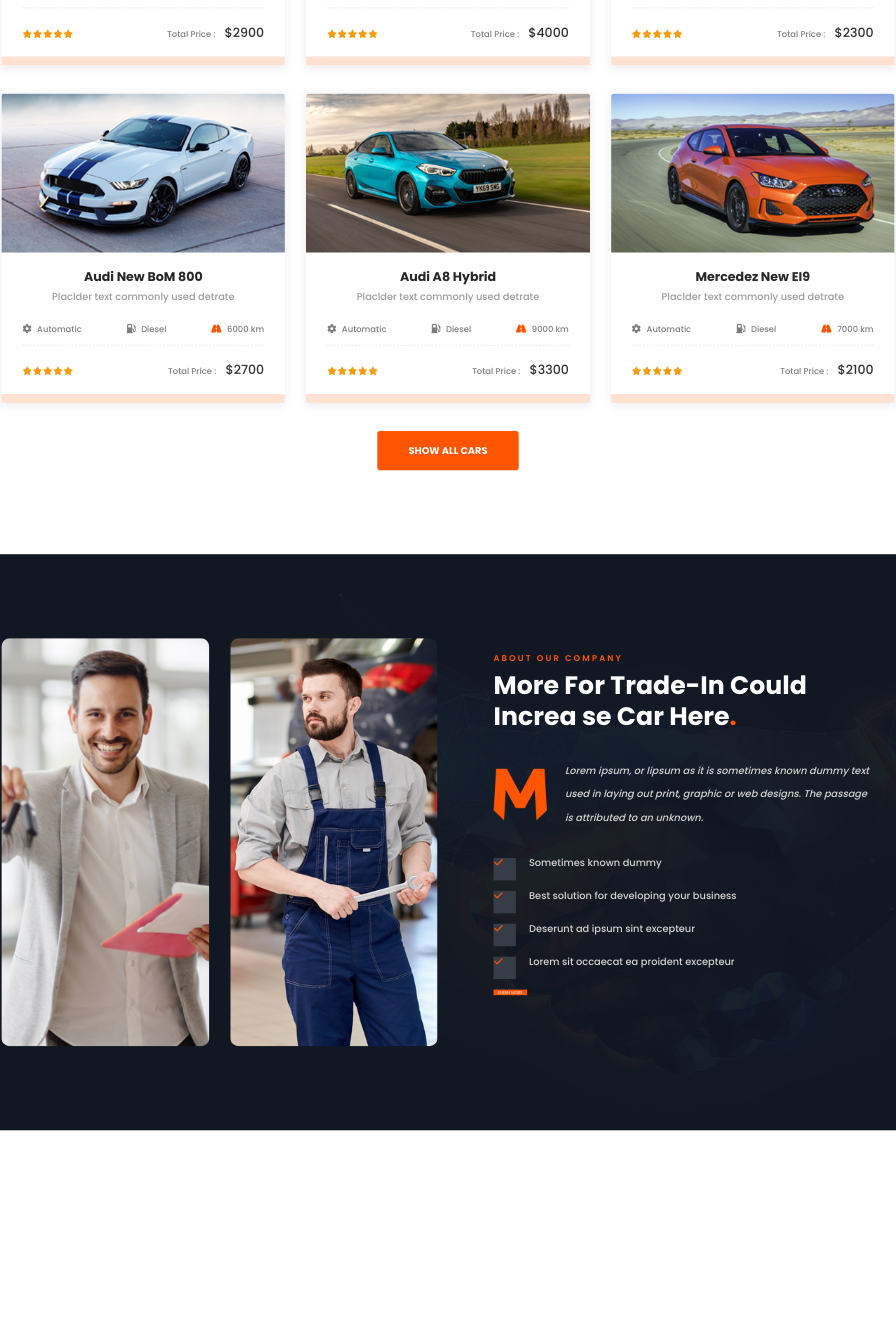
Repository: thanhdinh01/shopcar
Page: index.html
An editor plug-in stored every save of this project. The page is shown before and after the next save, followed by the edit.
The browser window is 1280 px wide. The pictures show the part of the page from y = 2144 to 4064 px (the page is 4059 px tall before and 4064 px after), at 70% of full size.
Some web libraries are served in a nearby version. The style sheet was rebuilt from its Sass, Less or Tailwind sources for each picture, by a compiler version that may differ from the author's.

Above is the page before, as saved 2022-08-17 21:04:16.

### index.html
<!DOCTYPE html>
<html lang="en">
  <head>
    <meta charset="UTF-8" />
    <meta http-equiv="X-UA-Compatible" content="IE=edge" />
    <meta name="viewport" content="width=device-width, initial-scale=1.0" />
    <title>Increase follower on social media</title>
    <link
      rel="stylesheet"
      href="https://cdnjs.cloudflare.com/ajax/libs/font-awesome/6.1.2/css/all.min.css"
      integrity="sha512-1sCRPdkRXhBV2PBLUdRb4tMg1w2YPf37qatUFeS7zlBy7jJI8Lf4VHwWfZZfpXtYSLy85pkm9GaYVYMfw5BC1A=="
      crossorigin="anonymous"
      referrerpolicy="no-referrer"
    />
    <link
      href="https://fonts.googleapis.com/css2?family=Poppins:wght@300;400;500;600;700;900&display=swap"
      rel="stylesheet"
    />
    <link rel="stylesheet" href="./css/style.css" />
  </head>

  <body>
    <div class="main">
      <!-- HEADER -->
      <header class="header">
        <div class="header-top">
          <div class="container">
            <div class="header-top-container dflex">
              <ul class="header-top-left">
                <li>
                  <i class="fa-regular fa-envelope"></i>
                  <p>thanhdinhduy@support.com</p>
                </li>
                <li>
                  <i class="fa-regular fa-clock"></i>
                  <p>10:00 AM To 5:00 PM</p>
                </li>
              </ul>
              <ul class="header-top-right">
                <li class="header-contact">
                  <a href="#"><i class="fa-brands fa-square-facebook"></i></a>
                  <a href="#"><i class="fa-brands fa-square-twitter"></i></a>
                  <a href="#"><i class="fa-brands fa-square-vimeo"></i></a>
                  <a href="#"><i class="fa-brands fa-linkedin"></i></a>
                </li>
                <li class="header-login">
                  <a href="#" class="login">
                    <i class="fa-regular fa-circle-user"></i> LOGIN
                  </a>
                  <a href="#" class="logup"> REGISTER </a>
                </li>
              </ul>
            </div>
          </div>
        </div>
        <div class="header-navigation">
          <div class="container p15 dflex">
            <div class="nav-logo">
              <a href="#" class="logo-link">
                <img
                  class="logo-header-img"
                  src="./images/header/logo.png"
                  alt="logo"
                />
              </a>
            </div>
            <div class="nav-total dflex">
              <ul class="nav-list dflex">
                <li class="nav-item active">
                  <a href="#">HOME</a>
                </li>
                <li class="nav-item">
                  <a href="#">INVENTORY </a>
                  <ul class="sub-list">
                    <li class="sub-item">
                      <a href="#">Inventory List</a>
                    </li>
                    <li class="sub-item">
                      <a href="#">Inventory Details</a>
                    </li>
                  </ul>
                </li>
                <li class="nav-item">
                  <a href="#">PAGES</a>
                  <ul class="sub-list">
                    <li class="sub-item">
                      <a href="#">About us</a>
                    </li>
                    <li class="sub-item">
                      <a href="#">Loan Calculator</a>
                    </li>
                    <li class="sub-item">
                      <a href="#">Login Page</a>
                    </li>
                  </ul>
                </li>
                <li class="nav-item">
                  <a href="#">BLOG</a>
                  <ul class="sub-list">
                    <li class="sub-item">
                      <a href="#">Our Blog</a>
                    </li>
                    <li class="sub-item">
                      <a href="#">Blog Details</a>
                    </li>
                  </ul>
                </li>
                <li class="nav-item">
                  <a href="#">DEALERS</a>
                </li>
                <li class="nav-item">
                  <a href="#">CONTACT</a>
                </li>
              </ul>
              <ul class="nav-interact dflex">
                <li class="cart">
                  <a href="#" class="cart-link">
                    <i class="fa-solid fa-basket-shopping"></i>
                  </a>
                  <div class="cart-quantity">4</div>
                  <div class="cart-wrap">
                    <div class="cart-top">
                      <div class="cart-item">
                        <a href="#" class="product-img">
                          <img
                            src="./images/latest-car/t_released_cars_thumb01.jpg"
                            alt=""
                          />
                        </a>
                        <div class="product-desc">
                          <a href="#" class="product-title"
                            >Mercedes-Benz GLE Coupe</a
                          >
                          <span class="product-price">$299</span>
                        </div>
                        <div class="delete-item">
                          <i class="fa-regular fa-trash-can"></i>
                        </div>
                      </div>
                      <div class="cart-item">
                        <a href="#" class="product-img">
                          <img
                            src="./images/latest-car/t_released_cars_thumb02.jpg"
                            alt=""
                          />
                        </a>
                        <div class="product-desc">
                          <a href="#" class="product-title">
                            Mercedes-Benz GLE Coupe
                          </a>
                          <span class="product-price">$299</span>
                        </div>
                        <div class="delete-item">
                          <i class="fa-regular fa-trash-can"></i>
                        </div>
                      </div>
                      <div class="cart-item">
                        <a href="#" class="product-img">
                          <img
                            src="./images/latest-car/t_released_cars_thumb03.jpg"
                            alt=""
                          />
                        </a>
                        <div class="product-desc">
                          <a href="#" class="product-title"
                            >Mercedes-Benz GLE Coupe Benz GLE Coupe</a
                          >
                          <span class="product-price">$299</span>
                        </div>
                        <div class="delete-item">
                          <i class="fa-regular fa-trash-can"></i>
                        </div>
                      </div>
                      <div class="cart-item">
                        <a href="#" class="product-img">
                          <img
                            src="./images/latest-car/t_released_cars_thumb04.jpg"
                            alt=""
                          />
                        </a>
                        <div class="product-desc">
                          <a href="#" class="product-title"
                            >Mercedes-Benz GLE Coupe</a
                          >
                          <span class="product-price">$299</span>
                        </div>
                        <div class="delete-item">
                          <i class="fa-regular fa-trash-can"></i>
                        </div>
                      </div>
                    </div>
                    <div class="cart-bottom">
                      <div class="cart-bottom-price">
                        <p>Total</p>
                        <span>$1000</span>
                      </div>
                      <div class="cart-bottom-buying">
                        <button class="button buy-now">SHOPPING CART</button>
                        <button class="button check-out">CHECK OUT</button>
                      </div>
                    </div>
                  </div>
                </li>
                <li class="quote">
                  <button class="button">GET A QUOTE</button>
                </li>
                <li class="search">
                  <i class="fa-solid fa-magnifying-glass search-toggle"></i>
                </li>
              </ul>
            </div>
          </div>
        </div>
        <div class="search-active">
          <input
            type="text"
            name=""
            id=""
            class="input-search"
            placeholder="Type here..."
          />
          <button class="search-icon">
            <i class="fa-solid fa-magnifying-glass"></i>
          </button>
        </div>
        <div class="header-main">
          <img src="./images/header/slider_content_icon.png" alt="" />
          <p class="mission">
            <i class="fa-solid fa-circle"></i>
            YOUR TRUST OUR ASSET
            <i class="fa-solid fa-circle"></i>
          </p>
          <h1 class="heading">FIND PERFECT CAR</h1>
          <p class="title">
            A car dealership, or vehicle local distribution, is a business
          </p>
          <button class="button button-header">FIND IT NOW</button>
        </div>
        <div class="header-selection">
          <div class="container-normal">
            <ul class="select-list">
              <li class="select-item">
                <div class="dropdown-select">
                  <span class="text-selected">Select Model</span>
                  <i class="fa-solid fa-angle-down"></i>
                </div>
                <ul class="dropdown-list">
                  <li class="dropdown-item">
                    <span class="dropdown-text">Select Model</span>
                  </li>
                  <li class="dropdown-item">
                    <span class="dropdown-text">Mercedes-Benz</span>
                  </li>
                  <li class="dropdown-item">
                    <span class="dropdown-text">Volkswagen</span>
                  </li>
                  <li class="dropdown-item">
                    <span class="dropdown-text">Aston-Martin</span>
                  </li>
                  <li class="dropdown-item">
                    <span class="dropdown-text">Lamboghini</span>
                  </li>
                  <li class="dropdown-item">
                    <span class="dropdown-text">Koenigsegg</span>
                  </li>
                </ul>
              </li>
              <li class="select-item">
                <div class="dropdown-select">
                  <span class="text-selected">Select Model</span>
                  <i class="fa-solid fa-angle-down"></i>
                </div>
                <ul class="dropdown-list">
                  <li class="dropdown-item">
                    <span class="dropdown-text"> Select Model</span>
                  </li>
                  <li class="dropdown-item">
                    <span class="dropdown-text">Volkswagen SC20</span>
                  </li>
                  <li class="dropdown-item">
                    <span class="dropdown-text">Honda CBR9</span>
                  </li>
                  <li class="dropdown-item">
                    <span class="dropdown-text">Aston K3518</span>
                  </li>
                  <li class="dropdown-item">
                    <span class="dropdown-text">BMW SC20</span>
                  </li>
                  <li class="dropdown-item">
                    <span class="dropdown-text">Toyota 186LM</span>
                  </li>
                </ul>
              </li>
              <li class="select-item">
                <div class="dropdown-select">
                  <span class="text-selected">Select Model</span>
                  <i class="fa-solid fa-angle-down"></i>
                </div>
                <ul class="dropdown-list">
                  <li class="dropdown-item">
                    <span class="dropdown-text">Select Model</span>
                  </li>
                  <li class="dropdown-item">
                    <span class="dropdown-text">SORN Status</span>
                  </li>
                  <li class="dropdown-item">
                    <span class="dropdown-text">Fuel Type</span>
                  </li>
                  <li class="dropdown-item">
                    <span class="dropdown-text">Last Log Book</span>
                  </li>
                  <li class="dropdown-item">
                    <span class="dropdown-text">MOT Expires</span>
                  </li>
                  <li class="dropdown-item">
                    <span class="dropdown-text">Vehicle TAX</span>
                  </li>
                </ul>
              </li>
              <li class="select-item">
                <div class="dropdown-select">
                  <span class="text-selected">Select Model</span>
                  <i class="fa-solid fa-angle-down"></i>
                </div>
                <ul class="dropdown-list">
                  <li class="dropdown-item">
                    <span class="dropdown-text">Select Model</span>
                  </li>
                  <li class="dropdown-item">
                    <span class="dropdown-text">BMW 7 Series</span>
                  </li>
                  <li class="dropdown-item">
                    <span class="dropdown-text">Mercedes-Benz</span>
                  </li>
                  <li class="dropdown-item">
                    <span class="dropdown-text">Volkswagen</span>
                  </li>
                  <li class="dropdown-item">
                    <span class="dropdown-text">Aston-Martin</span>
                  </li>
                  <li class="dropdown-item">
                    <span class="dropdown-text">Lamboghini</span>
                  </li>
                  <li class="dropdown-item">
                    <span class="dropdown-text">Koenigsegg</span>
                  </li>
                </ul>
              </li>
              <button class="button select-car">SELECT VEHICLE</button>
            </ul>
          </div>
        </div>
      </header>
      <!-- Features area -->
      <div class="features-area">
        <div class="container-normal">
          <div class="features-container dflex">
            <div class="features-item">
              <div class="features-img">
                <img src="./images/featured/features-icon.png" alt="" />
              </div>
              <h3 class="features-title">Dealership Points</h3>
              <p class="features-desc">
                Placlder text commonly is used detrate theys visual consectetur
                ading elitmod use
              </p>
            </div>
            <div class="features-item">
              <div class="features-img">
                <img src="./images/featured/h3_features_icon02.png" alt="" />
              </div>
              <h3 class="features-title">Trusted by clients</h3>
              <p class="features-desc">
                Placlder text commonly is used detrate theys visual consectetur
                ading elitmod use
              </p>
            </div>
            <div class="features-item">
              <div class="features-img">
                <img src="./images/featured/h3_features_icon03.png" alt="" />
              </div>
              <h3 class="features-title">We are your location</h3>
              <p class="features-desc">
                Placlder text commonly is used detrate theys visual consectetur
                ading elitmod use
              </p>
            </div>
            <div class="features-item">
              <div class="features-img">
                <img src="./images/featured/h3_features_icon04.png" alt="" />
              </div>
              <h3 class="features-title">Easy Financing</h3>
              <p class="features-desc">
                Placlder text commonly is used detrate theys visual consectetur
                ading elitmod use
              </p>
            </div>
          </div>
        </div>
      </div>
      <!-- Release cars -->
      <div class="release-cars">
        <div class="container-normal">
          <div class="release-car-container">
            <div class="release-title">
              <div class="title-blur">All Seller</div>
              <span>OUR FEATURED CARS</span>
              <h2>Latest Released Cars</h2>
            </div>
            <div class="menu-car">
              <div class="menu-control">
                <button class="button btn-menu-car active" data-type="all">
                  ALL SELLER
                </button>
                <button class="button btn-menu-car" data-type="newcar">
                  NEW CARS
                </button>
                <button class="button btn-menu-car" data-type="usedcar">
                  USED CARS
                </button>
              </div>
              <ul class="car-list"></ul>
            </div>
          </div>
          <div class="car-show-btn">
            <button class="button">SHOW ALL CARS</button>
          </div>
        </div>
      </div>
      <!-- About area -->
      <div class="about-area">
        <div class="container-normal">
          <div class="about-wrapper">
            <div class="about-area-img">
              <div class="img-item">
                <img src="./images/about-company/about_img01.jpg" alt="" />
              </div>
              <div class="img-item">
                <img src="./images/about-company/about_img02.jpg" alt="" />
              </div>
            </div>
            <div class="about-area-container">
              <div class="about-content">
                <div class="about-heading">
                  <p>ABOUT OUR COMPANY</p>
                  <h2>
                    More For Trade-In Could Increa se Car Here<span>.</span>
                  </h2>
                </div>
                <div class="about-desc">
                  <img src="./images/about-company/m.png" alt="" />
                  <p>
                    Lorem ipsum, or lipsum as it is sometimes known dummy text
                    used in laying out print, graphic or web designs. The
                    passage is attributed to an unknown.
                  </p>
                </div>
                <ul class="about-list">
                  <li class="list-item">
                    <i class="fa-solid fa-check"></i>
                    <span> Sometimes known dummy </span>
                  </li>
                  <li class="list-item">
                    <i class="fa-solid fa-check"></i>
                    <span> Best solution for developing your business </span>
                  </li>
                  <li class="list-item">
                    <i class="fa-solid fa-check"></i>
                    <span> Deserunt ad ipsum sint excepteur </span>
                  </li>
                  <li class="list-item">
                    <i class="fa-solid fa-check"></i>
                    <span> Lorem sit occaecat ea proident excepteur </span>
                  </li>
                </ul>
                <button class="button btn-about-area">LEARN MORE</button>
              </div>
            </div>
          </div>
        </div>
      </div>
    </div>
    <!-- javasript -->
    <script src="./js/app.js"></script>
    <!-- modal -->
  </body>
</html>

### css/style.scss
@import "reset";
@import "animation";
@import "variables";
@import "global";
@import "modal";
@import "header";
@import "features-area";
@import "release-car";
@import "about-area";

### css/_animation.scss
@keyframes fadeInUp {
  0% {
    opacity: 0;
    transform: translateY(20px);
  }
  100% {
    opacity: 1;
    transform: translateY(0);
  }
}
@keyframes opacityUp {
  0% {
    opacity: 0;
    transform: translateY(-20px);
  }
  100% {
    opacity: 1;
    transform: translateY(0);
  }
}
@keyframes fadeIn {
  0% {
    opacity: 0;
  }
  100% {
    opacity: 1;
  }
}
@keyframes fadeInModal {
  0% {
    opacity: 0;
    transform: translateY(-300px);
  }
  100% {
    opacity: 1;
    transform: translateY(0);
  }
}

@keyframes shine {
  100% {
    left: 125%;
  }
}
@keyframes scaleUp {
  0% {
    opacity: 0;
    transform: scale(0.4);
  }
  100% {
    opacity: 1;
    transform: scale(1);
  }
}

### css/_variables.scss
$primaryColor: #ff5400;
$blackColor: #000;
$whiteColor: #fff;
$textColor: #9c9c9c;

### css/_global.scss
body,
*,
html {
  font-family: "Poppins", sans-serif;
  font-size: 62.5%;
  box-sizing: border-box;
}
body {
  margin-bottom: 300px;
}
.container {
  width: 1440px;
  max-width: 100%;
  margin: 0 auto;
}
.container-normal {
  width: 1276px;
  max-width: 100%;
  margin: 0 auto;
}
.dflex {
  display: flex;
  justify-content: space-between;
  align-items: center;
}

.button {
  display: flex;
  justify-content: center;
  align-items: center;
  outline: none;
  border: none;
  color: $whiteColor;
  background-color: $primaryColor;
  line-height: 1;
  cursor: pointer;
}

.p15 {
  padding: 0 15px;
}

### css/_about-area.scss
.about-area {
  background-image: url("../images/about-company/about_bg.jpg");
  padding: 120px 0;
  .about-wrapper {
    display: flex;
    justify-content: space-between;
    gap: 0 30px;
    .about-area-img {
      flex: 1;
      display: flex;
      gap: 0 30px;
      .img-item {
        flex: 1;
        img {
          width: 100%;
          height: 100%;
          object-fit: cover;
          border-radius: 12px;
        }
      }
    }
    .about-area-container {
      flex: 1;
      .about-content {
        padding: 22px 30px 22px 50px;
        .about-heading {
          margin-bottom: 40px;
          p {
            font-size: 1.2rem;
            font-weight: 600;
            color: $primaryColor;
            letter-spacing: 3px;
            margin-bottom: 12px;
          }
          h2 {
            font-size: 3.6rem;
            line-height: 1.2;
            color: $whiteColor;
            font-weight: 700;
            span {
              color: $primaryColor;
            }
          }
        }
        .about-desc {
          display: flex;
          margin-bottom: 40px;
          img {
            flex-shrink: 0;
            object-fit: contain;
          }
          p {
            color: #d3d3d3;
            font-size: 1.4rem;
            font-weight: 500;
            font-style: italic;
            margin-left: 25px;
            line-height: 2.4;
          }
        }
        .about-list {
          .list-item {
            font-size: 1.4rem;
            font-weight: 500;
            color: #d3d3d3;
            margin-bottom: 15px;
            i {
              margin-right: 15px;
              width: 32px;
              height: 32px;
              background-color: #373d46;
              color: $primaryColor;
            }
          }
        }
      }
    }
  }
}

Loaded but not shown: css/_reset.scss (common file); js/app.js (430 lines, source omitted); css/_header.scss (516 lines, source omitted); css/_release-car.scss (255 lines, source omitted); css/_modal.scss (170 lines, source omitted); css/_features-area.scss (40 lines, source omitted)

After the next save:
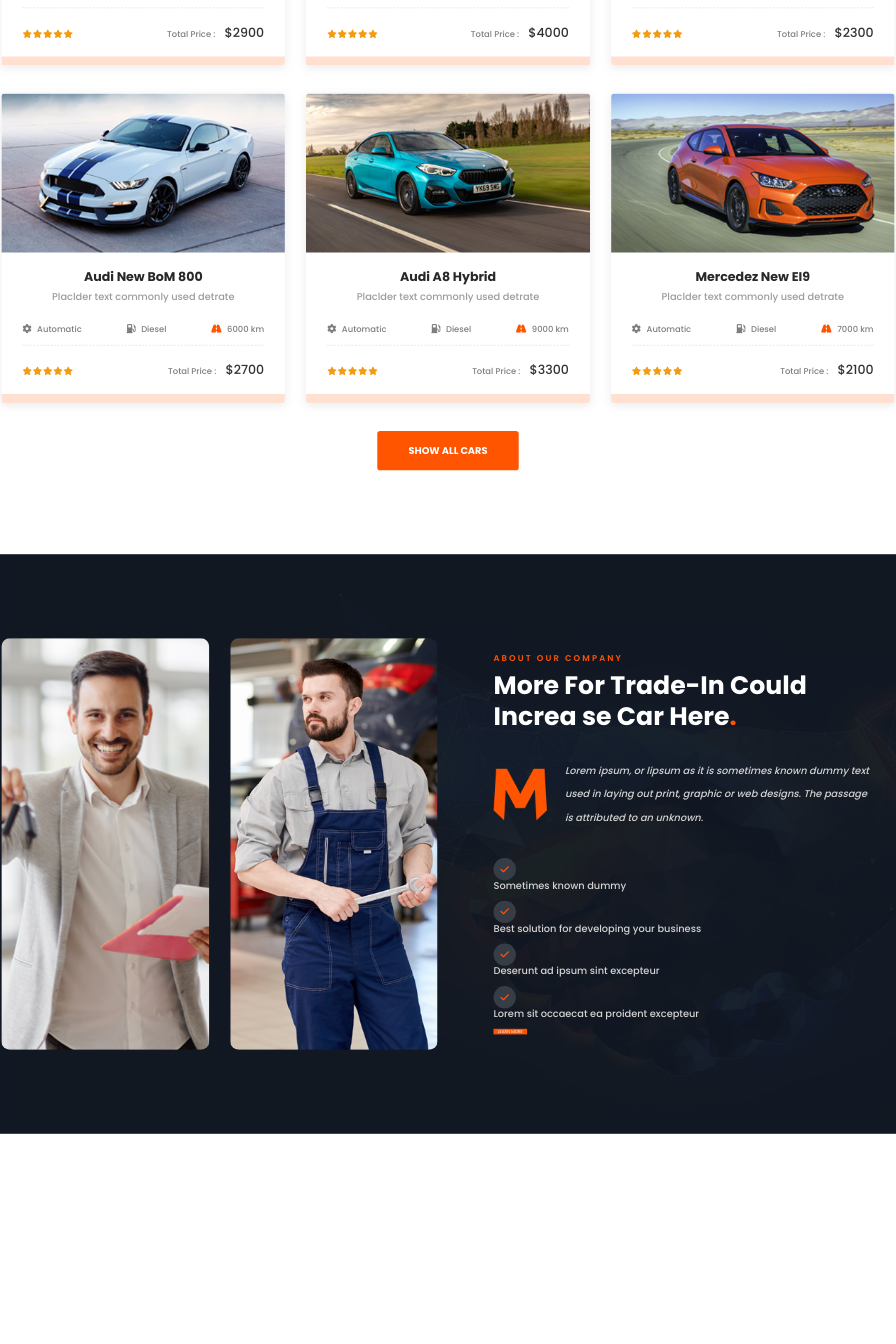
Saved 25 s later.
--- a/css/_about-area.scss
+++ b/css/_about-area.scss
@@ -70,6 +70,10 @@
               height: 32px;
               background-color: #373d46;
               color: $primaryColor;
+              border-radius: 50%;
+              display: flex;
+              justify-content: center;
+              align-items: center;
             }
           }
         }
